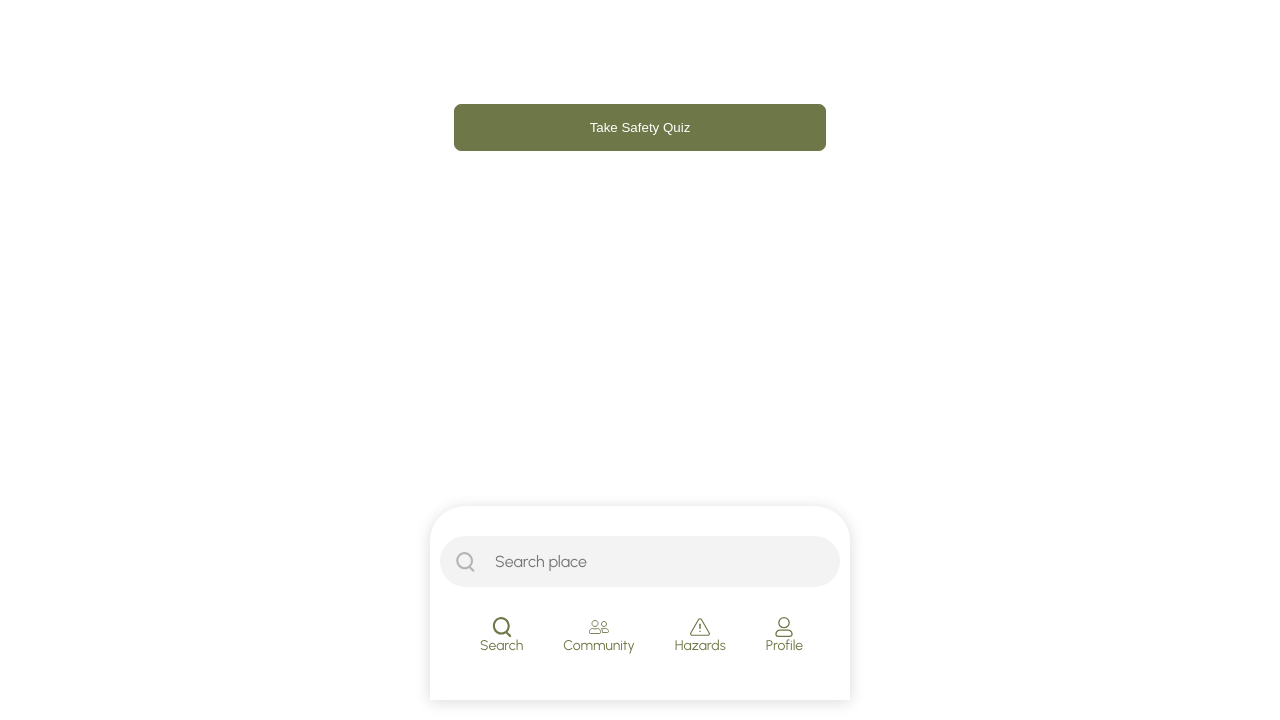
Repository: Aladdin3r/SafeCycle
Page: /
These files come from the project's save history. The page is drawn as it stood at one moment and after the next save; the edit follows.
The browser window is 1280 px wide. The pictures show the whole page.
The project was rebuilt for these pictures with package versions that can differ from the ones it lists, and the page was loaded fresh each time. The framework's server and built-in components were replaced by stand-ins that run in the browser.

Above is the page before, as saved 2024-04-15 13:16:07.

### pages/index.js
import Head from "next/head";
import styles from "@/styles/Home.module.css";
import Link from 'next/link'
import NavBar from "@/components/NavBar";


export default function Home() {
  return (
    <>
      <Head>
        <title>SafeCycle</title>
        <meta name="description" content="Home Page" />
        <meta name="viewport" content="width=device-width, initial-scale=1" />
        <link rel="icon" href="/favicon3.png" />
      </Head>
      <main className={`${styles.main}`}>

        <Link href="/quiz/questionOne">
          <button  className={styles.button}>Take Safety Quiz</button>
        </Link>
        <NavBar />
      </main>
    </>
  );
}

### styles/globals.css
@import url('https://fonts.googleapis.com/css2?family=Urbanist:wght@300;400;500;600&display=swap');

:root {
  --grey: #F3F3F3;
  --light-grey: #B4B4B4;
  --button-color: #6e7747;
  --button-color-hover: #4d5527;
  --white: #fff;
  --correct: #008000;
  font-family: 'Urbanist', sans-serif;
}

### styles/Home.module.css
.main {
  display: flex;
  flex-direction: column;
  justify-content: space-between;
  align-items: center;
  padding: 6rem;
  min-height: 20vh;
}

.button {
  width: 372px;
  height: 47px;
  background-color: var(--button-color);
  color: white;
  border: 1.5px solid var(--button-color);
  border-radius: 7px;
}
.button:hover{
  width: 372px;
  height: 47px;
  background-color: var(--button-color-hover);
  color: white;
  border: 1.5px solid var(--button-color-hover);
  border-radius: 7px;
}

### components/NavBar/index.js
import nextConfig from '@/next.config.mjs'
import styles from './NavBar.module.css'
import Image from 'next/image'

export default function NavBar() {
    return(
        <div className={`${styles.container} ${styles.navigation}`}>
            <div className={styles.navigation}>
                <form>
                    <div className={styles.search}>
                        <Image className={styles.searchIcon} src="./icons/search.svg" width={20} height={20} />
                        <input className={styles.searchInput} type="search" placeholder='Search place'></input>
                    </div>
                </form>
                <ul>
                    <li className={styles.list}>
                        <Image src="./icons/searchgreen.svg" width={20} height={20} />
                        <a>Search</a>
                    </li>
                    <li className={styles.list}>
                        <Image src="./icons/community.svg" width={20} height={20} />
                        <a>Community</a>
                    </li>
                    <li className={styles.list}>
                        <Image src="./icons/hazard.svg" width={20} height={20} />
                        <a>Hazards</a>
                    </li>
                    <li className={styles.list}>
                        <Image src="./icons/profile.svg" width={20} height={20} />
                        <a>Profile</a>
                    </li>

                </ul>
            </div>
        </div>
    )
}

### components/NavBar/NavBar.module.css
.search {
    flex-grow: 1;
    display: flex;
    justify-content: center;
    align-items: center;
    padding: 15px;
    border-radius: 28px;
    background-color: var(--grey);
}

.searchInput {
    background-color: var(--grey);
    border: none;
    font-size: 16px;
    color: var(--light-grey);
    font-family: 'Urbanist';
    flex-grow: 1;
}

.searchIcon {
    margin-right: 10px;
}

.container {
    display: flex;
    justify-content: center;
    align-items: center;
    position: fixed;
    bottom: 0;
    width: auto;
    background-color: white;
    padding: 10px;
    border-radius: 35px 35px 0px 0px;
    background-color: var(--white);
    box-shadow: 0px 2px 15px 0px rgba(0, 0, 0, 0.15);
    padding-top: 30px;
}

.search {
    display: flex;
    flex-direction: row;
    gap: 0.5em;
}

.navigation {
    width: 100%;
    max-width: 400px;
    margin-bottom: 20px;
}

.navigation ul{
    display: flex;
    flex-direction: row;
    gap: 2.5em;
    list-style-type: none;
    background-color: white;
    color: var(--button-color);
    margin-top: 30px;
}

.navigation li {
    display: flex;
    flex-direction: column;
    justify-content: center;
    align-items: center;
    font-size: 14px;
}

Loaded but not shown: pages/_app.js (common file); pages/_document.js (common file); next.config.mjs (common file)

After the next save:
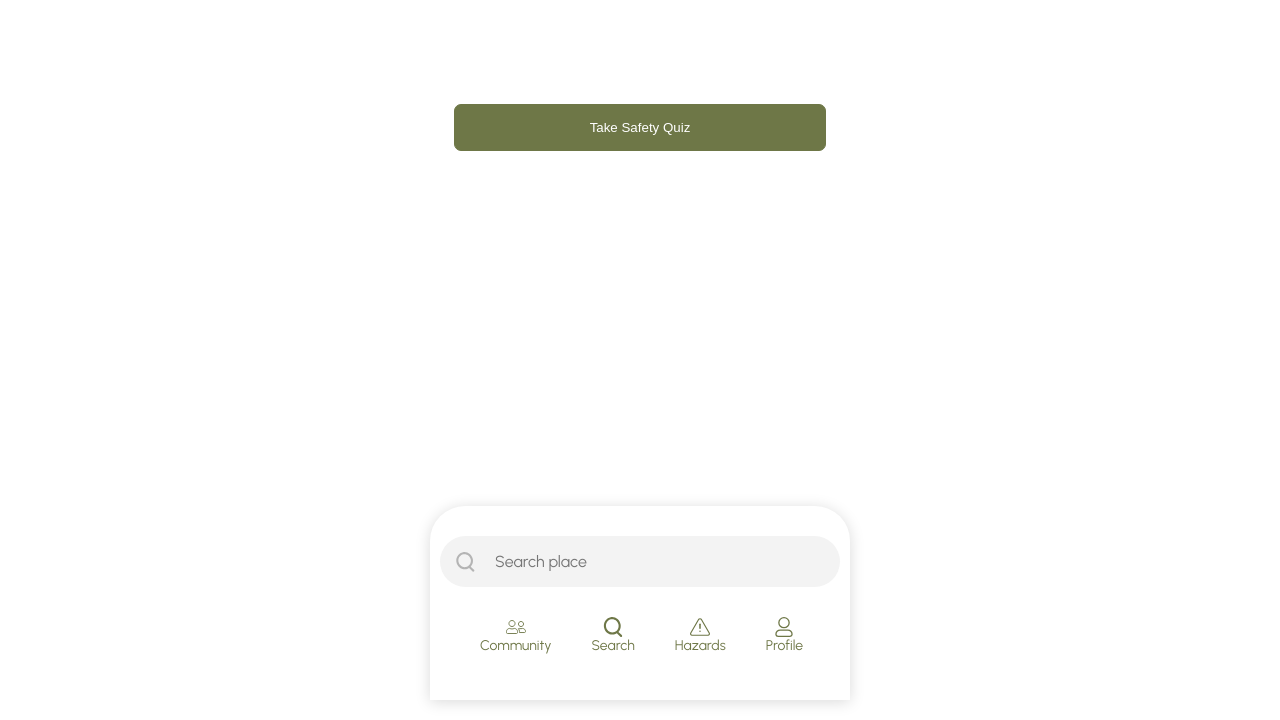
Saved 48 s later.
--- a/components/NavBar/index.js
+++ b/components/NavBar/index.js
@@ -13,13 +13,13 @@ export default function NavBar() {
                     </div>
                 </form>
                 <ul>
-                    <li className={styles.list}>
-                        <Image src="./icons/searchgreen.svg" width={20} height={20} />
-                        <a>Search</a>
-                    </li>
+
                     <li className={styles.list}>
                         <Image src="./icons/community.svg" width={20} height={20} />
                         <a>Community</a>
+                    </li><li className={styles.list}>
+                        <Image src="./icons/searchgreen.svg" width={20} height={20} />
+                        <a>Search</a>
                     </li>
                     <li className={styles.list}>
                         <Image src="./icons/hazard.svg" width={20} height={20} />
